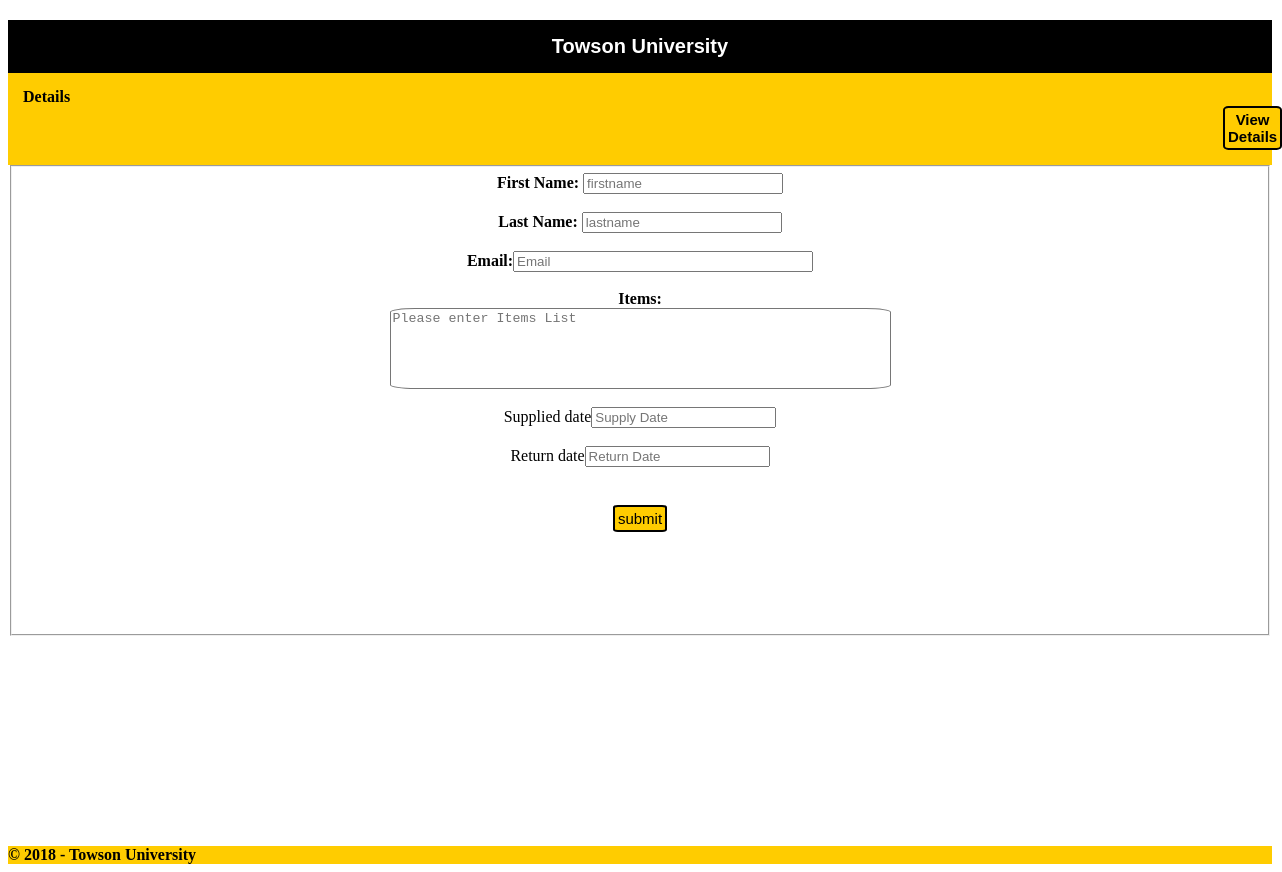
Repository: DatabaseCOSC578/eclipse-workspace11
Page: http://localhost/Supervisor/Supervisor.jsp
An editor plug-in stored every save of this project. The page is shown before and after the next save, followed by the edit.
The browser window is 1280 px wide. The page is 1282 px wide, so the pictures cover 1282 px, including what lies to the right of the window. The pictures show the whole page.
The page is served by Tomcat 9. Other server files are loaded and not shown.

Above is the page before, as saved 2018-04-15 22:45:43.

### Supervisor/WebContent/Supervisor.jsp
<html>
<head>
    <link href="css/layout1.css" rel="stylesheet">
</head>
<body>
<header><center>Towson University</center></header>
<form name="inputdetails" action="store" method="post" id="form1">
<div><b>Details</b>


<button id ="b1" type="submit" formaction="Supervisorshow.jsp">View Details</button>


</div>
<fieldset>
<center>
<b>First Name:</b> <input type=text style="width: 200px;" name="fname " placeholder="firstname"><br><br>
<b>Last Name:</b> <input type=text style="width: 200px;" name="lname " placeholder="lastname"><br><br>
<b>Email:</b><input type=text style="width: 300px; align:center;" name="email" placeholder="Email "><br><br>
<b>Items:</b></br>
<textarea rows="5" cols="60"  maxlength="260" name="items" placeholder="Please enter Items List">
</textarea> <br><br>
Supplied date<input type=text name="sdate" placeholder="Supply Date" ><br><br>
Return date<input type=text name="rdate" placeholder="Return Date" ><br><br>
<input type=submit value=submit> <br><br><br><br><br>
</center></fieldset>
</form>
</body>
<footer> &copy 2018 - Towson University</footer>
</html>

### Supervisor/WebContent/css/layout1.css
header {
	position: relative;
	color: #FFFFFF;
	font-family: sans-serif;
	font-size: 20px;
	text-align:left;
	background-color: #000000;
	margin: 20;
	margin-left:0;
	margin-bottom:0;
	margin-right:0;

	padding: 15;
	font-weight:700;
}

div {
	background-color: #fc0;
	margin: 0;
	margin-top:0;
	padding: 15;
}

#fs {
	margin-top: 5;
	border: solid;
}

footer {
	font-weight: 800;
	text-color: solid #000000;
	background-color: #fc0;
	margin-top: 210;
}
textarea{
	resize:none;
	border-radius:5%;
}
input[type="submit"] {
	align:center;
	margin: 20px;
	background-color: #fc0;
	padding: 3;
	text-align:center;
	text-weight: 700;
	border: solid 2px;
	font-size: 15;
	border-radius: 9%;
}
input[type="submit"]:hover {
	cursor:pointer;
}

#abc{
align:center;
margin-left:800;
}

#b1 {
		align:center;
	margin-left: 1200;
	background-color: #fc0;
	padding: 3;
	text-align:center;
	text-weight: 700;
	border: solid 2px;
	font-size: 15;
	font-weight:700;
	border-radius: 9%;
}

#b1:hover {
	cursor:pointer;
}

After the next save:
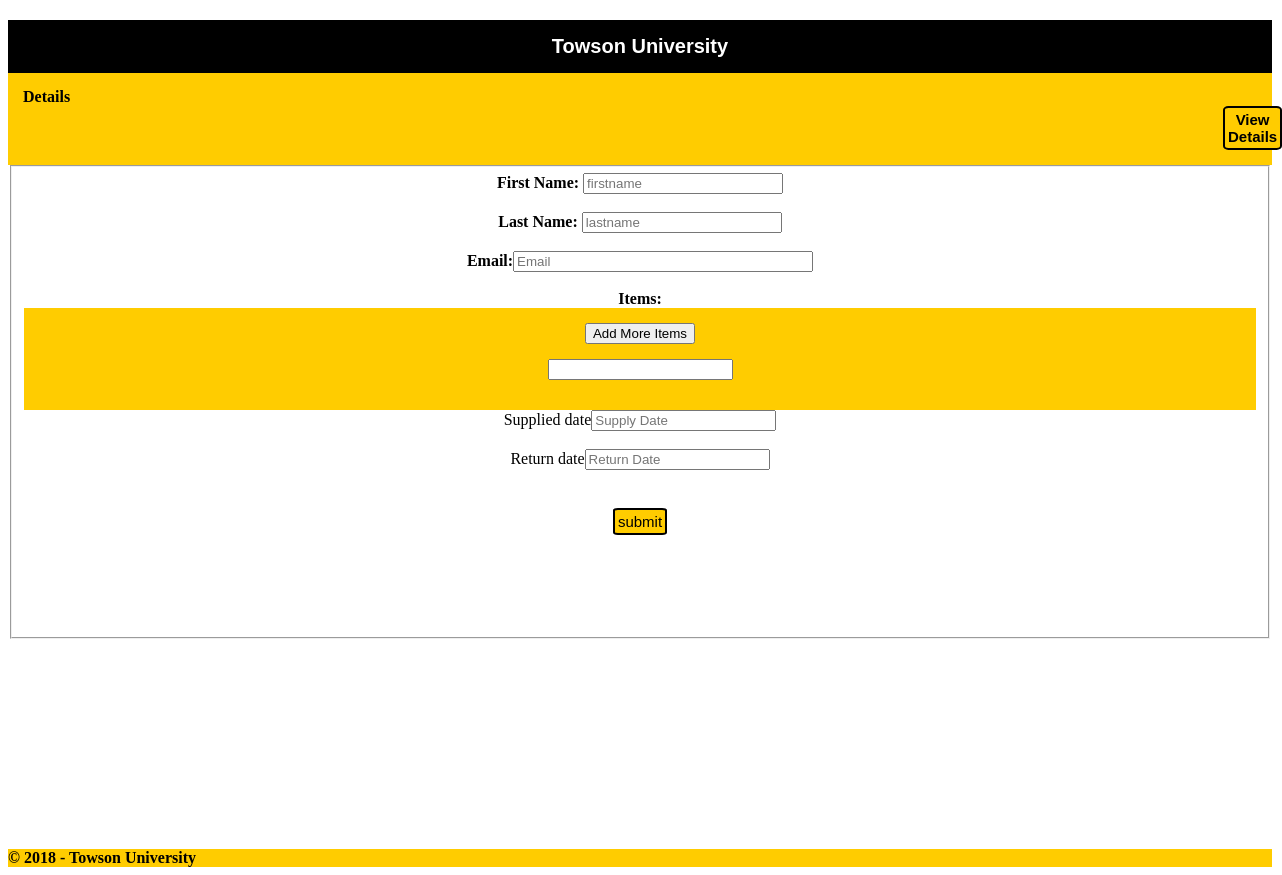
Saved 5 min 46 s later.
--- a/Supervisor/WebContent/Supervisor.jsp
+++ b/Supervisor/WebContent/Supervisor.jsp
@@ -18,8 +18,10 @@
 <b>Last Name:</b> <input type=text style="width: 200px;" name="lname " placeholder="lastname"><br><br>
 <b>Email:</b><input type=text style="width: 300px; align:center;" name="email" placeholder="Email "><br><br>
 <b>Items:</b></br>
-<textarea rows="5" cols="60"  maxlength="260" name="items" placeholder="Please enter Items List">
-</textarea> <br><br>
+<div class="input_fields_wrap">
+    <button class="add_field_button">Add More Items</button>
+    <div><input type="text" name="mytext[]"></div>
+</div>
 Supplied date<input type=text name="sdate" placeholder="Supply Date" ><br><br>
 Return date<input type=text name="rdate" placeholder="Return Date" ><br><br>
 <input type=submit value=submit> <br><br><br><br><br>

After the save that followed:
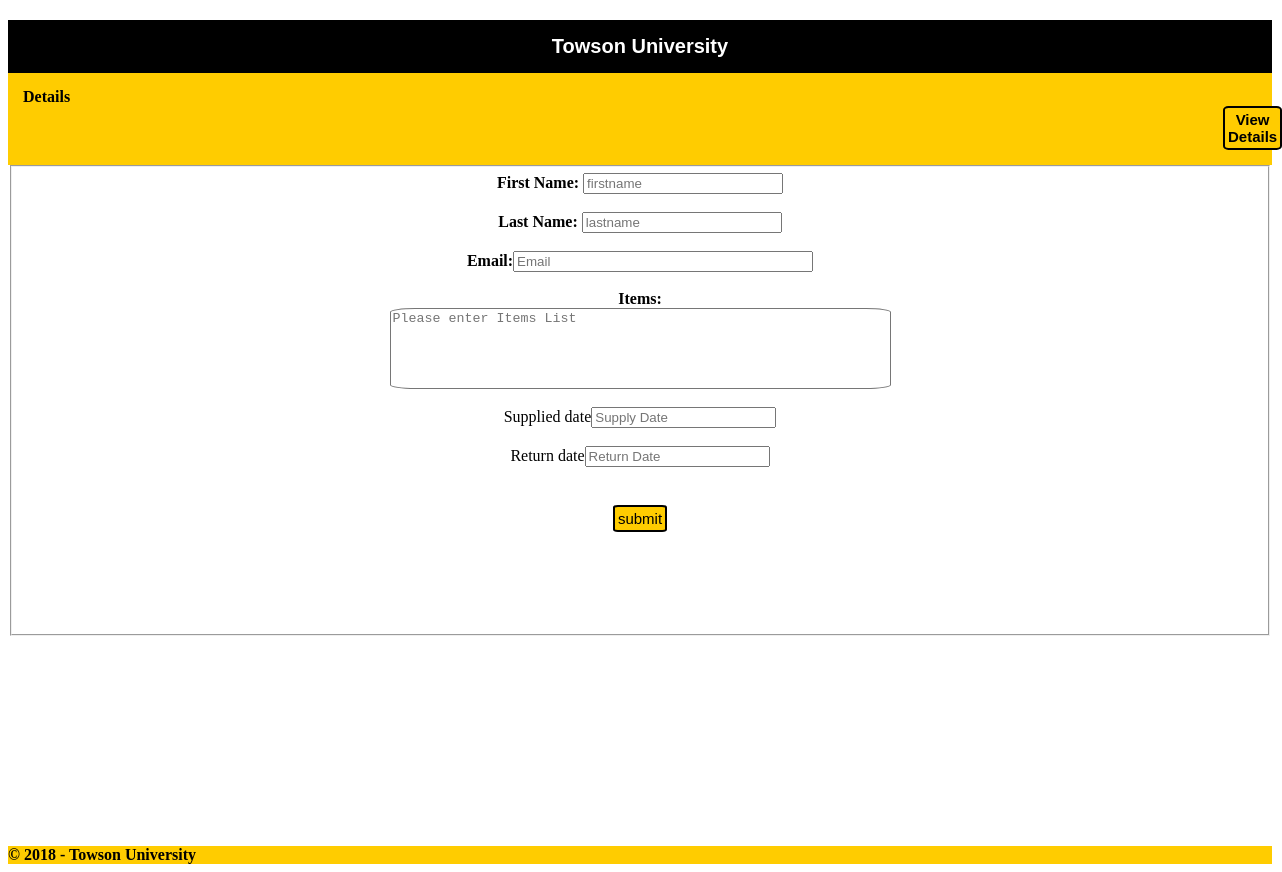
Saved 69 s later.
--- a/Supervisor/WebContent/Supervisor.jsp
+++ b/Supervisor/WebContent/Supervisor.jsp
@@ -18,10 +18,8 @@
 <b>Last Name:</b> <input type=text style="width: 200px;" name="lname " placeholder="lastname"><br><br>
 <b>Email:</b><input type=text style="width: 300px; align:center;" name="email" placeholder="Email "><br><br>
 <b>Items:</b></br>
-<div class="input_fields_wrap">
-    <button class="add_field_button">Add More Items</button>
-    <div><input type="text" name="mytext[]"></div>
-</div>
+<textarea rows="5" cols="60"  maxlength="260" name="items" placeholder="Please enter Items List">
+</textarea> <br><br>
 Supplied date<input type=text name="sdate" placeholder="Supply Date" ><br><br>
 Return date<input type=text name="rdate" placeholder="Return Date" ><br><br>
 <input type=submit value=submit> <br><br><br><br><br>
